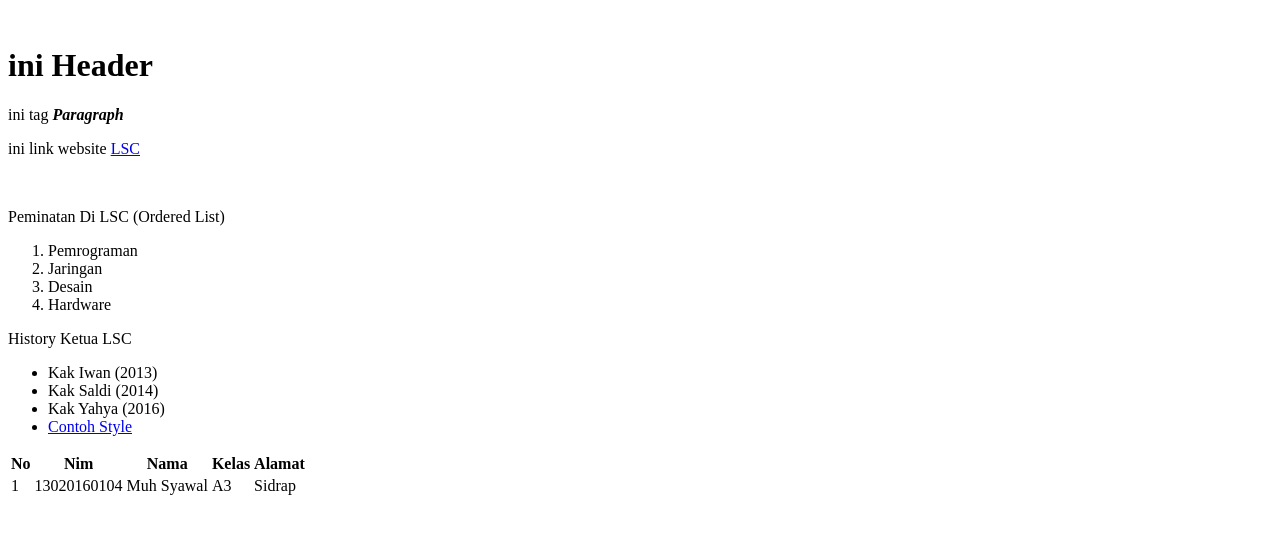
Repository: syawal2kalii/HelloWorld
Page: basichtml.htm
An editor plug-in stored every save of this project. The page is shown before and after the next save, followed by the edit.
The browser window is 1280 px wide. The pictures show the whole page.

Above is the page before, as saved 2019-11-17 01:35:05.

After the next save:
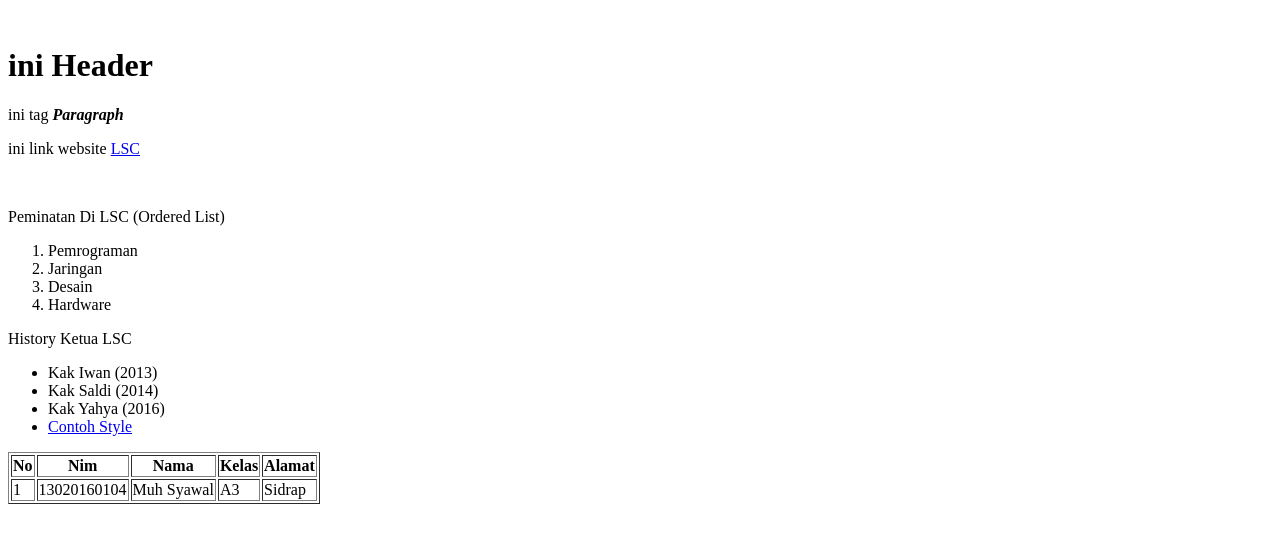
Saved 6 s later.
--- a/basichtml.htm
+++ b/basichtml.htm
@@ -56,7 +56,7 @@ Overview
         <li><a href="https://www.w3schools.com/html/html_lists.asp">Contoh Style</a></li>
     </ul>
 
-    <table> <!-- tag pembuka -->
+    <table border="1"> <!-- tag pembuka -->
         <tr> <!-- table row -->
             <th>No</th> <!-- table Head -->
             <th>Nim</th>
